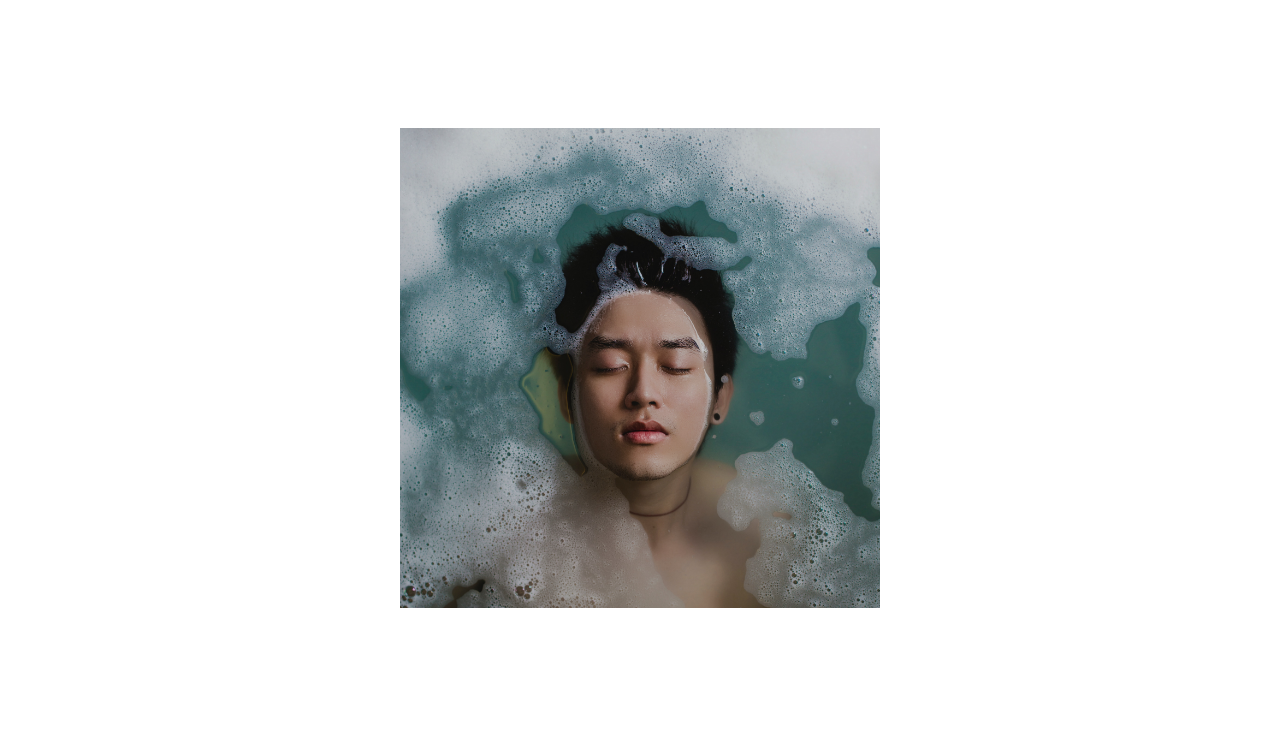
Repository: DevMike1993/100_Projects_HTML_CSS_JAVASCRIPT
Page: 07_Creative_Image_Hover_Effect/02_Effect/index.html
An editor plug-in stored every save of this project. The page is shown before and after the next save, followed by the edit.
The browser window is 1280 px wide. The pictures show the whole page.
The pointer rests on the first visible `.container`.

Above is the page before, as saved 2023-11-30 12:04:20.

After the next save:
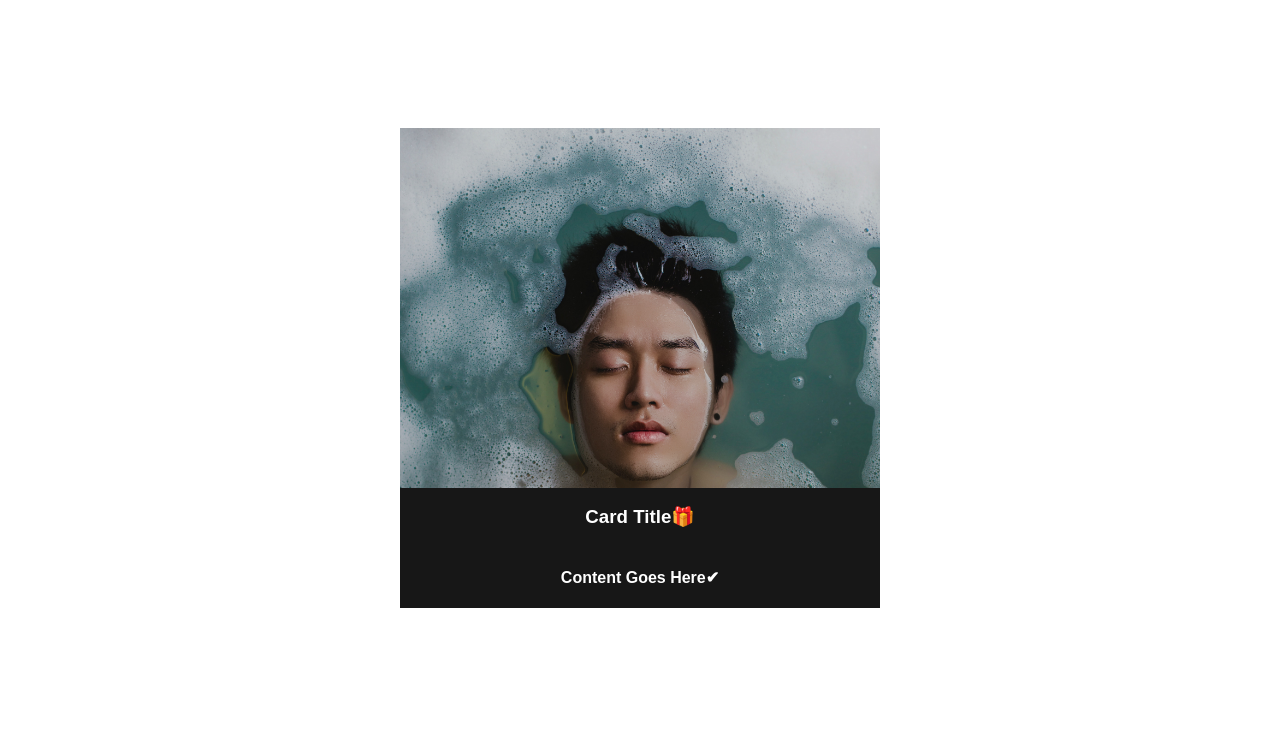
Saved 6 s later.
--- a/07_Creative_Image_Hover_Effect/02_Effect/style.css
+++ b/07_Creative_Image_Hover_Effect/02_Effect/style.css
@@ -36,5 +36,5 @@ body {
 }
 
 .container:hover .content {
-    transform: translateY();
+    transform: translateY(0%);
 }
